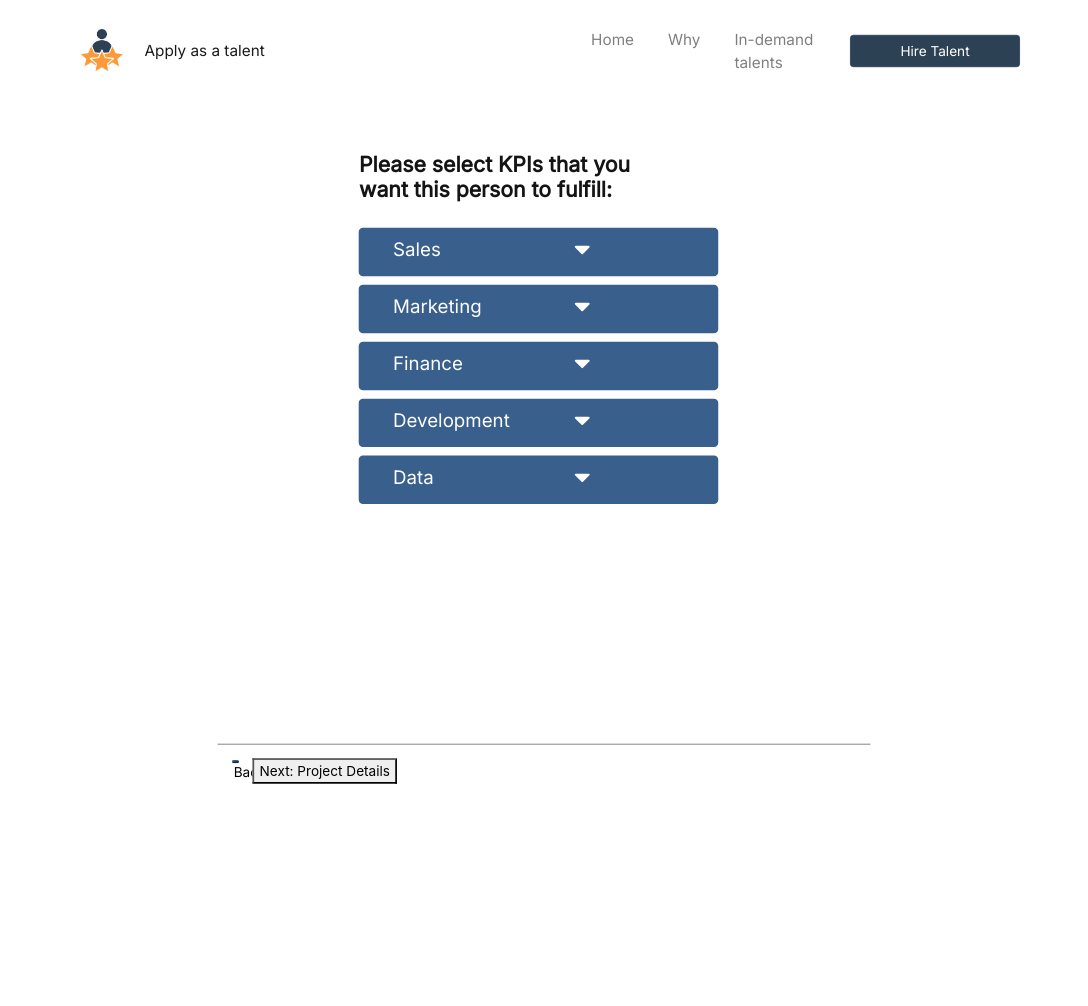
Repository: Ashwe9/talent-hire-reactJs
Page: /kpis
An editor plug-in stored every save of this project. The page is shown before and after the next save, followed by the edit.
The browser window is 1280 px wide. The pictures show the whole page, at 85% of full size.
The project was rebuilt for these pictures with package versions that can differ from the ones it lists, and the page was loaded fresh each time. A package was used in the major version that the imports need, not the one package.json lists. Also part of the build but not shown: src/homePage/components/TrustedBy/TrustedBy.css, src/homePage/components/TrustedBy/TrustedBy.js, src/homePage/components/Roles/Roles.css, src/homePage/components/Roles/Roles.js, src/homePage/components/homePageFooter/HomePageFooter.css, src/homePage/components/homePageFooter/HomePageFooter.js, src/homePage/HomePage.js, src/kpisPage/Talents.css and 2 more.

Above is the page before, as saved 2022-08-18 18:02:43.

After the next save:
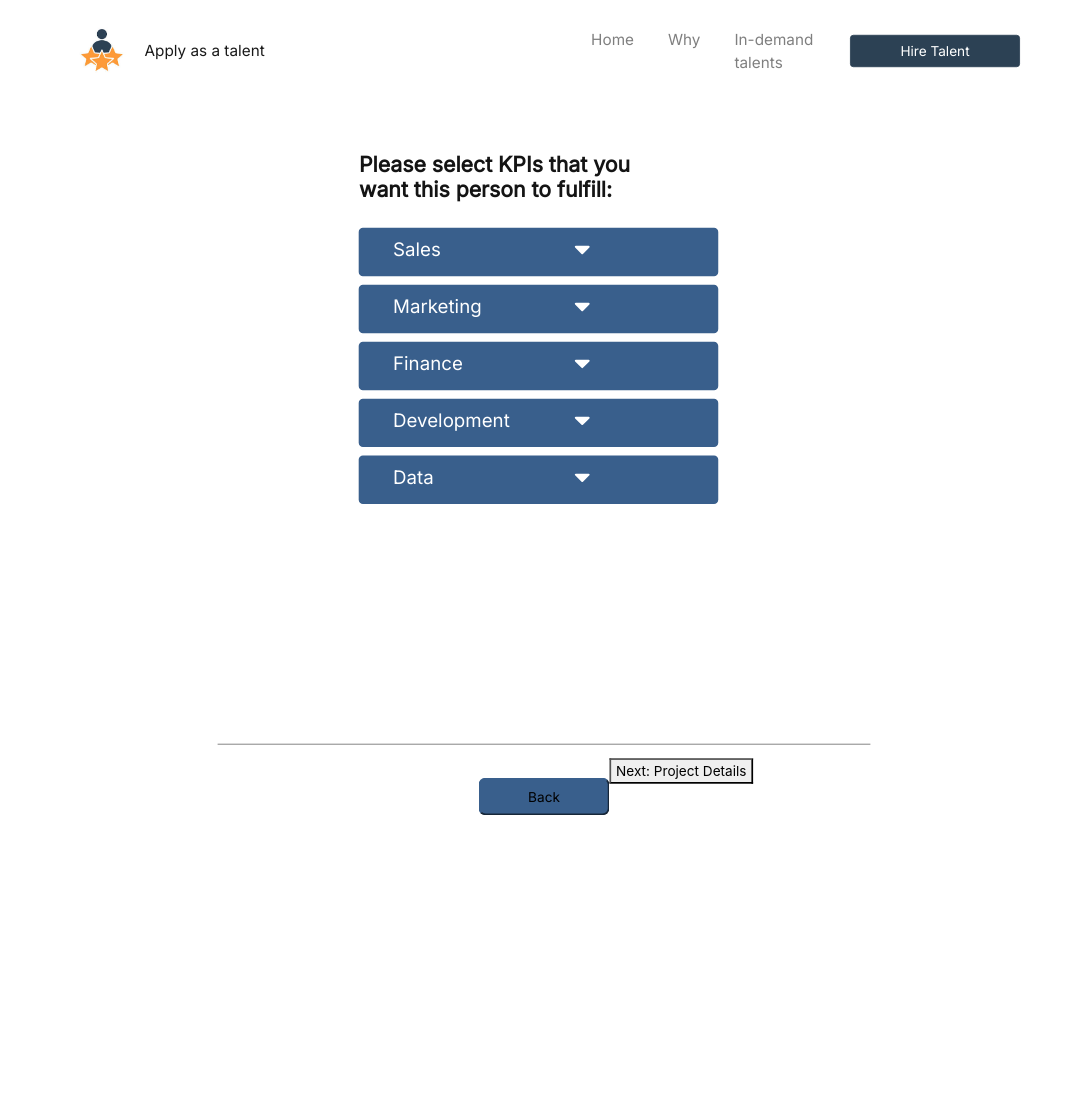
Saved 18 s later.
--- a/src/shared-components/Footer/Footer.js
+++ b/src/shared-components/Footer/Footer.js
@@ -11,13 +11,11 @@ export const Footer = ({nextTitle, nextPath, previousPath}) => {
         <div className='Footer-box'>
             <hr id="footer-line"/>
             <div className='buttons'>
-          <span className="">
-                <button
-                onClick={() => {
-                  history.push({previousPath});
-                } }
-                className='Footer-button-back' >Back</button>
-          </span>
+              <button className='Footer-button-back'
+              onClick={() => {
+                history.push({previousPath});
+              } }
+                >Back</button>
           <span className="Footer-button-next">
                 <button
                 onClick={() => {
